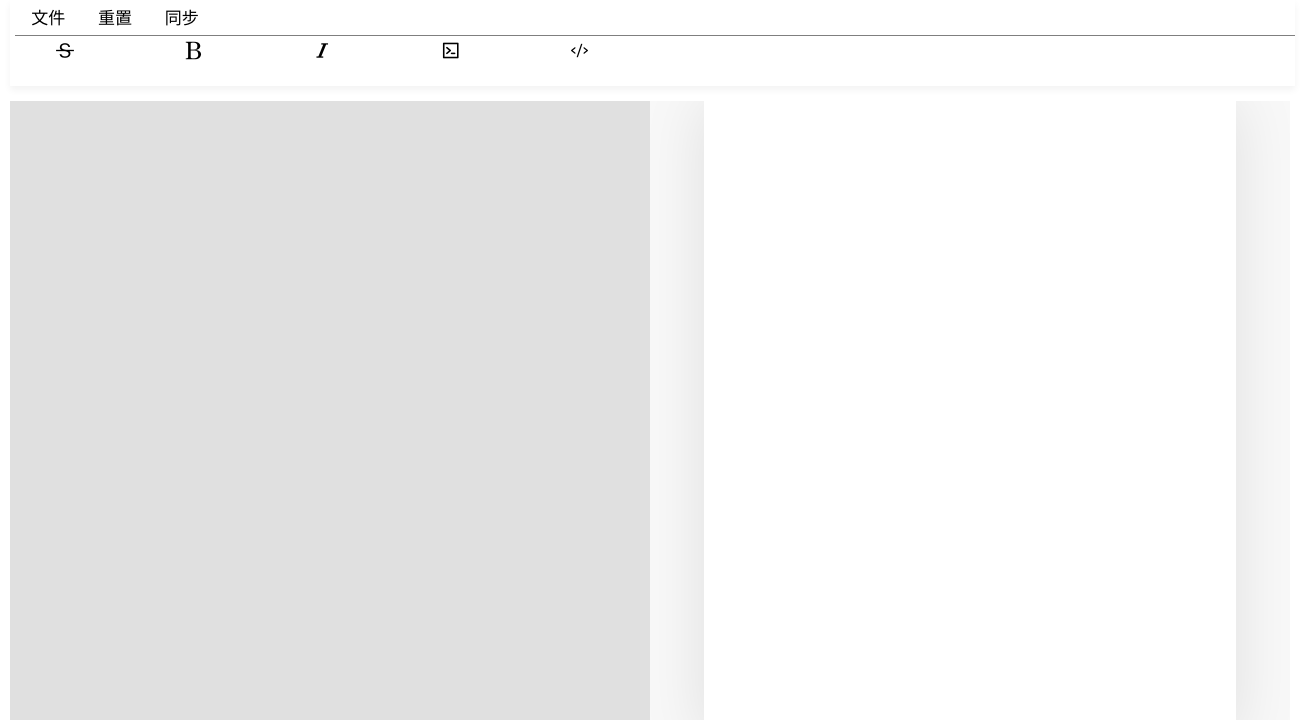
Repository: Wanghd6/Task
Page: / (app in task3_md_react/)
The author's editor kept a copy of each file at every save. The page is drawn from the files as they stood at one save, then again after the next save.
The browser window is 1280 px wide. The page is 1300 px wide, so the pictures cover 1300 px, including what lies to the right of the window. The pictures show the whole page.
The project was rebuilt for these pictures with package versions that can differ from the ones it lists, and the page was loaded fresh each time. Also part of the build but not shown: task3_md_react/src/Modal.js.

Above is the page before, as saved 2024-09-27 12:06:38.

### task3_md_react/src/index.js
import React from 'react';
import ReactDOM from 'react-dom/client';

import App from './App';


const root = ReactDOM.createRoot(document.getElementById('root'));
root.render(
  <App />
);

// If you want to start measuring performance in your app, pass a function
// to log results (for example: reportWebVitals(console.log))
// or send to an analytics endpoint. Learn more: https://bit.ly/CRA-vitals

### task3_md_react/src/App.js
import React, { useState, useEffect, Suspense, lazy } from 'react';

import './style.css';

const Navbar = lazy(() => import('./Navbar'));
const Toolbar = lazy(() => import('./Toolbar'));
const Editor = lazy(() => import('./Editor'));
const Preview = lazy(() => import('./Preview'));
const Modal = lazy(() => import('./Modal'));

function App() {
  const [markdownContent, setMarkdownContent] = useState(sessionStorage.getItem('markdownContent') || '');
  const [isResetVisible, setIsResetVisible] = useState(false); // 控制弹窗显示的状态
  const [isSyncScroll, setIsSyncScroll] = useState(true); // 新增的状态

  useEffect(() => {
    console.log('Updated markdownContent:', markdownContent); // 调试 markdown 内容
    sessionStorage.setItem('markdownContent', markdownContent);
  }, [markdownContent]);

  const handleConfirmReset = () => {
    fetch('/test.txt')
      .then(response => response.text())
      .then(data => {
        setMarkdownContent(data); // 重置 markdown 内容
        sessionStorage.setItem('markdownContent', data); // 保存到 sessionStorage
      })
      .catch(error => console.error('Error loading the default markdown file:', error));
    setIsResetVisible(false); // 隐藏弹窗
  };

  const handleCancelReset = () => {
    setIsResetVisible(false); // 隐藏弹窗
  };

  // 处理文件选择逻辑
  const handleFileChange = (e) => {
    console.log('File change event:', e); // 输出整个事件对象
    const file = e.target.files[0];
    if (file) {
      const reader = new FileReader();
      reader.onload = (event) => {
        const fileContent = event.target.result;
        console.log('File content:', fileContent); // 调试文件内容
        setMarkdownContent(fileContent);
      };
      reader.readAsText(file);
    } else {
      console.log('No file selected.'); // 如果没有文件被选择
    }
  };

  return (
    <div className="page">
      <div className="bar">
        <Suspense fallback={<div>Loading...</div>}>
          <Navbar onFileChange={(e) => handleFileChange(e)} onReset={() => setIsResetVisible(true)} isSyncScroll={isSyncScroll} setIsSyncScroll={setIsSyncScroll} />
          <Toolbar setMarkdownContent={setMarkdownContent} />
        </Suspense>
      </div>
      <div className="container">
        <Suspense fallback={<div>Loading...</div>}>
          <Editor markdownContent={markdownContent} setMarkdownContent={setMarkdownContent} setIsSyncScroll={setIsSyncScroll} />
          <Preview markdownContent={markdownContent} setIsSyncScroll={setIsSyncScroll} />
        </Suspense>
      </div>
      <Suspense fallback={<div>Loading...</div>}>
        <Modal
          isVisible={isResetVisible}
          onConfirm={handleConfirmReset}
          onCancel={handleCancelReset}
        />
      </Suspense>
    </div>
  );
}

export default App;

### task3_md_react/src/style.css
@font-face {
    font-family: "iconfont";
    /* Project id 4653939 */
    src: url('./fonts/iconfont.woff2?t=1724056900368') format('woff2'),
        url('./fonts/iconfont.woff?t=1724056900368') format('woff'),
        url('./fonts/iconfont.ttf?t=1724056900368') format('truetype');
}

.iconfont {
    font-family: "iconfont" !important;
    font-size: 16px;
    font-style: normal;
    -webkit-font-smoothing: antialiased;
    -moz-osx-font-smoothing: grayscale;
}

* {
    padding: 0;
    margin: 0;
}


.function li {
    list-style: none;
    width: 100px;
    text-align: center;
}

.tools li {
    list-style: none;
    width: 100px;
    text-align: center;
    font-size: 20px;
}


/* 去除默认样式 */
input {
    border: none;
    outline: none;
    padding: 0;
    margin: 0;
    -webkit-appearance: none;
    -moz-appearance: none;
    appearance: none;
    background-image: none;
    background-color: transparent;
    font-size: inherit;
}

input:focus {
    outline: none;
}

.function a {
    text-decoration: none;
    color: inherit;
}

.page {
    display: flex;
    flex-direction: column;
    justify-content: flex-start;
    width: 100%;
    height: 100vh;
    font-size: 16px;
    color: black;
    padding: 0 10px;
    line-height: 1.6;
    word-spacing: 0px;
    letter-spacing: 0px;
    word-break: break-word;
    word-wrap: break-word;
    text-align: left;
    font-family: 'Microsoft YaHei',
        '微软雅黑', Optima-Regular, Optima, PingFangSC-light, PingFangTC-light, 'PingFang SC', Cambria, Cochin, Georgia, Times, 'Times New Roman', serif;
}

.bar {
    display: flex;
    position: fixed;
    flex-direction: column;
    width: 100%;
    height: 12%;
    padding-left: 5px;
    box-shadow: 0 4px 7px rgba(0, 0, 0, .05);
    font-size: 14px;
}

.navbar {
    display: flex;
    flex-direction: row;
    border-bottom: 1px solid #7f7f7f;
    height: 35px;
    line-height: 35px;
    font-size: 17px;
}

.function {
    display: flex;
    flex-direction: row;
    justify-content: space-around;
    width: 200px;
}

.function li a {
    color: #333;
}

.function li:hover {
    background-color: #eee;
    cursor: pointer;
}

.function li ul {
    display: none;
    position: absolute;
    background-color: #ffffff;
    z-index: 999;
    border-radius: 4px;
}

.navbar .function li:hover ul {
    display: block;
    /* 鼠标悬停时显示 */
}

.load {
    display: flex;
    justify-content: center;
}

.file-input {
    position: absolute;
    width: 100px;
    height: 100%;
    opacity: 0;
    cursor: pointer;
}

/* 自定义input_file */
.custom-file-label {
    display: inline-block;
    color: black;
    border: none;
    cursor: pointer;
    font-size: 16px;
    text-align: center;
    width: 100px;
}

.custom-file-label:hover {
    background-color: #eee;
}

/* 修改文字颜色 聚焦 */
.input::placeholder {
    color: #c0c4cc;
}

.file-input:hover {
    border-color: #c0c4cc;
}

.file-input:focus {
    border-color: #3677f0;
}

.function li ul li {
    border-radius: 4px;
}

.function li ul li:hover {
    /* background-color: #eee; */
    cursor: pointer;
}

.toolbar {
    height: 30px;
    line-height: 30px;
}

.tools {
    display: flex;
    justify-content: space-between;
    width: 48%;
    height: 100%;
    font-size: 10px;
}

.toolbar ul li:hover {
    background-color: #eee;
    cursor: pointer;
    font-size: 16px;
}

.toolbar ul li:hover::after {
    content: attr(title);
}

.container {
    display: flex;
    position: relative;
    justify-content: space-between;
    top: 14%;
    height: 86%;
}

.md_edit {
    display: flex;
    width: 50%;
    height: 100%;
    background-color: #e0e0e0;
}

textarea {
    border: none;
    outline: none;
    padding: 0;
    margin: 0;
    -webkit-appearance: none;
    -moz-appearance: none;
    appearance: none;
    background-image: none;
    background-color: transparent;
    /* font-size: inherit; */
    width: 100%;
}

.file-content {
    width: 100%;
    height: 100%;
    color: #606266;
    background-color: transparent;
    border: none;
    padding-left: 5px;
    resize: none;
}

.rich_text {
    display: flex;
    width: 50%;
    height: 100%;
    background-color: #f8f8f8;
    overflow: auto;
    justify-content: center;
}

.preview-area {
    padding: 10px;
    /* 设置你希望的 padding */
    margin: 0px 10px;
    /* 设置你希望的 margin */
    background-color: #ffffff;
    width: 80%;
    max-width: 80%;
    min-height: 100%;
    height: auto;
    overflow: auto;
    box-shadow: 0 0 60px rgba(0, 0, 0, .1);
}

.preview-area ul,
.preview-area ol {
    padding-left: 20px;
}

.preview-area img {
    max-width: 100%;
    /* 图片最大宽度不超过其容器的宽度 */
    height: auto;
    /* 高度自动 */
    image-rendering: pixelated;
    /* 当图片缩放时保持像素化 */
}

blockquote {
    font-size: 0.9em;
    overflow: auto;
    border-left: 3px solid rgba(0, 0, 0, 0.4);
    background: rgba(0, 0, 0, 0.05);
    color: #6a737d;
    padding-top: 10px;
    padding-bottom: 10px;
    padding-left: 20px;
    padding-right: 10px;
    margin-bottom: 20px;
    margin-top: 20px;
}

/*代码块*/
pre {
    margin-top: 10px;
    margin-bottom: 10px;
}

pre code {
    display: -webkit-box;
    font-family: Operator Mono, Consolas, Monaco, Menlo, monospace;
    border-radius: 2px;
    font-size: 12px;
    -webkit-overflow-scrolling: touch;
    background-color: rgba(0, 0, 0, 0.03);
    border: 1px solid #f0f0f0;
    overflow-x: scroll;
}

pre code span {
    line-height: 26px;
}


p code,
li code {
    font-size: 14px;
    word-wrap: break-word;
    padding: 2px 4px;
    border-radius: 4px;
    margin: 0 2px;
    color: #1e6bb8;
    background-color: rgba(27, 31, 35, .05);
    font-family: Operator Mono, Consolas, Monaco, Menlo, monospace;
    word-break: break-all;
    overflow-x: scroll;
}

/*表格*/
.table-container {
    overflow-x: auto;
}

table {
    display: table;
    text-align: left;
    overflow: auto;
}

tbody {
    border: 0;
}

table tr {
    border: 0;
    border-top: 1px solid #ccc;
    background-color: white;
}

table tr:nth-child(2n) {
    background-color: #F8F8F8;
}

table tr th,
table tr td {
    font-size: 16px;
    border: 1px solid #ccc;
    padding: 5px 10px;
    text-align: left;
}

table tr th {
    font-weight: bold;
    background-color: #f0f0f0;
}

/* 表格最小列宽4个汉字 */
table tr th:nth-of-type(n),
table tr td:nth-of-type(n) {
    min-width: 85px;
}

.bg {
    /* display: none; */
    width: 100%;
    height: 100%;
    position: fixed;
    top: 0px;
    left: 0px;
    background: rgba(0, 0, 0, .3);
    z-index: 9999;
}

.reset {
    /* display: none; */
    width: 340px;
    height: 140px;
    padding: 20px 32px 24px 32px;
    position: fixed;
    border: #ebebeb solid 1px;
    left: 50%;
    top: 50%;
    background: #ffffff;
    box-shadow: 0px 0px 10px #ddd;
    z-index: 99999;
    transform: translate(-50%, -50%);
    border-radius: 4px;
}

.reset .tittle {
    padding: 3px 0px;
}

.icon {
    font-size: 25px;
    padding: 3px;
    color: #faad14;
}

.resetfont {
    font-size: 25px;
    padding: 3px;
    line-height: 25px;
}

.resetbody {
    margin: 5px 20px;
}

.resetbutton {
    display: flex;
    width: 80%;
    height: 30px;
    position: absolute;
    bottom: 27px;
    justify-content: flex-end;
}

.no {
    height: 30px;
    display: flex;
    border: 1px solid #d9d9d9;
    border-radius: 4px;
    color: rgba(0, 0, 0, .65);
    margin: 3px 20px;
    justify-content: center;
    padding: 0px 15px;
    line-height: 30px;
}

.yes {
    height: 30px;
    border: 1px solid #d9d9d9;
    border-radius: 4px;
    background-color: #ff4d4f;
    color: #fff;
    margin: 3px;
    justify-content: center;
    padding: 0px 15px;
    line-height: 30px;
}

.no:hover,
.yes:hover {
    cursor: pointer;
}

### task3_md_react/src/Navbar.js
import React from 'react';

const Navbar = ({ onFileChange, onReset }) => {

    const toggleSyncScroll = () => {
        setIsSyncScroll(prev => !prev);
    };

    return (
        <div className="navbar">
            <span className="left_nav">
                <ul className="function">
                    <li>
                        <span>文件</span>
                        <ul>
                            <li className="load">
                                <input
                                    type="file"
                                    className="file-input"
                                    onChange={(e) => {
                                        console.log('File input changed'); // 添加调试信息
                                        onFileChange(e);
                                    }} // 使用传入的处理函数
                                    accept=".txt,.md"
                                />
                                <span className="custom-file-label">导入</span>
                            </li>
                        </ul>
                    </li>
                    <li className="reseticon" onClick={onReset}>重置</li>
                    <li className="Syncicon" onClick={toggleSyncScroll}>同步</li>
                </ul>
            </span>
            <span className="right_nav"></span>
        </div>
    );
};

export default Navbar;

### task3_md_react/src/Toolbar.js
import React from 'react';

const Toolbar = ({ setMarkdownContent }) => {
    const addFormatting = (symbol, position) => {
        const textarea = document.querySelector('.file-content');
        const start = textarea.selectionStart;
        const end = textarea.selectionEnd;
        const selectedText = textarea.value.substring(start, end);
        const newText = `${symbol}${selectedText}${symbol}`;
        textarea.value = textarea.value.substring(0, start) + newText + textarea.value.substring(end);
        const cursorPosition = start + position;
        textarea.setSelectionRange(cursorPosition, cursorPosition);
        textarea.focus();
        setMarkdownContent(textarea.value);
    };

    return (
        <div className="toolbar">
            <ul className="tools">
                <li onClick={() => addFormatting('~~', 2)} title="删除线" className="iconfont">&#xe611;</li>
                <li onClick={() => addFormatting('**', 2)} title="加粗" className="iconfont">&#xe71d;</li>
                <li onClick={() => addFormatting('*', 1)} title="斜体" className="iconfont">&#xe61c;</li>
                <li onClick={() => addFormatting('\n\`\`\`\n', 5)} title="代码块" className="iconfont ">&#xe6db;</li>
                <li onClick={() => addFormatting('\`', 1)} title="行内代码" className="iconfont">&#xe7dd;</li>
            </ul>
        </div>
    );
};

export default Toolbar;

### task3_md_react/src/Editor.js
import React, { useRef } from 'react';

const Editor = ({ markdownContent, setMarkdownContent }) => {

    const editorRef = useRef(null);

    const handleScroll = (e) => {
        if (isSyncScroll && editorRef.current) {
            const previewElement = document.querySelector('.preview-area');
            previewElement.scrollTop = (editorRef.current.scrollTop / editorRef.current.scrollHeight) * previewElement.scrollHeight;
        }
    };

    return (
        <div className="md_edit">
            <textarea
                className="file-content"
                ref={editorRef}
                value={markdownContent}
                onChange={(e) => setMarkdownContent(e.target.value)}
                onScroll={handleScroll}
            />
        </div>
    );
};

export default Editor;

### task3_md_react/src/Preview.js
import React, { useEffect } from 'react';
import { marked } from 'marked';

const Preview = ({ markdownContent }) => {

    useEffect(() => {
        let htmlContent = marked.parse(markdownContent);

        // 用正则匹配所有 table 元素，并包装在 div 中
        htmlContent = htmlContent.replace(/(<table>.*?<\/table>)/gs, '<div className="table-container">$1</div>');

        // 更新预览区的 HTML
        document.querySelector('.preview-area').innerHTML = htmlContent;
    }, [markdownContent]);


    return (
        <div className="rich_text">
            <div className="preview-area"></div>
        </div>
    );
};

export default Preview;

Loaded but not shown: task3_md_react/public/index.html (common file)

After the next save:
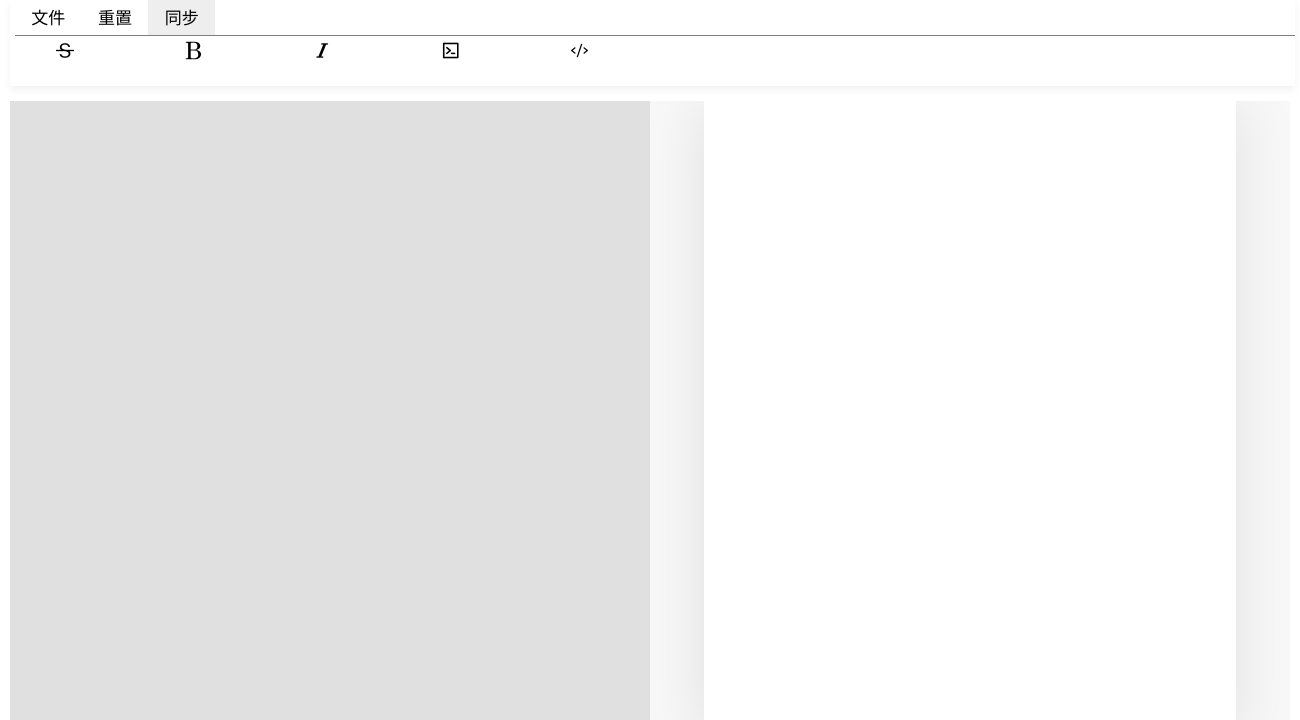
Saved 1 s later.
--- a/task3_md_react/src/Navbar.js
+++ b/task3_md_react/src/Navbar.js
@@ -1,6 +1,6 @@
 import React from 'react';
 
-const Navbar = ({ onFileChange, onReset }) => {
+const Navbar = ({ onFileChange, onReset, isSyncScroll, setIsSyncScroll }) => {
 
     const toggleSyncScroll = () => {
         setIsSyncScroll(prev => !prev);
@@ -28,7 +28,7 @@ const Navbar = ({ onFileChange, onReset }) => {
                         </ul>
                     </li>
                     <li className="reseticon" onClick={onReset}>重置</li>
-                    <li className="Syncicon" onClick={toggleSyncScroll}>同步</li>
+                    <li className="Syncicon" onClick={toggleSyncScroll} style={{ backgroundColor: isSyncScroll ? '#eee' : 'transparent' }}>同步</li>
                 </ul>
             </span>
             <span className="right_nav"></span>
